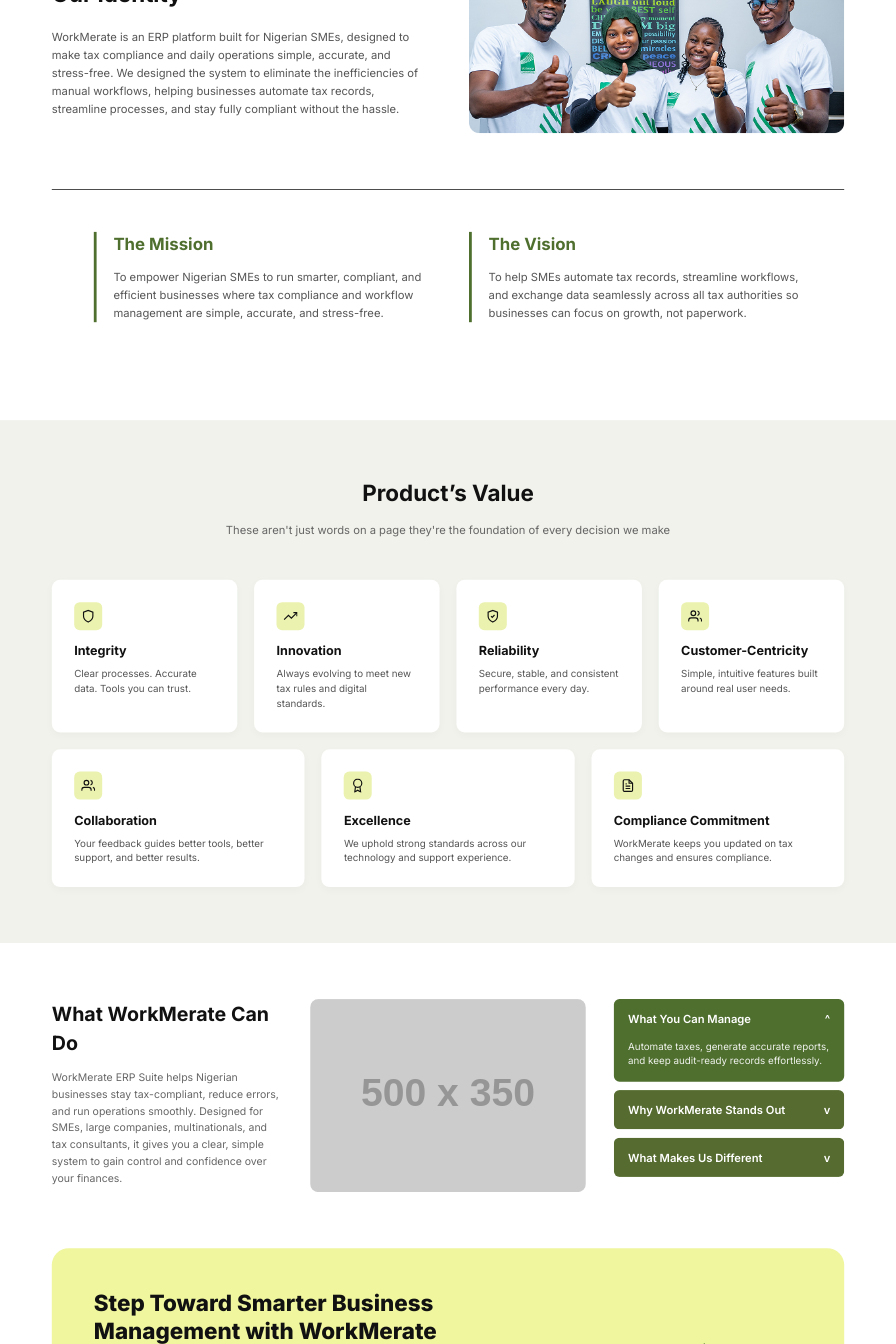
Repository: AYANO-EMMANUEL/workmerate
Page: about.html
An editor plug-in stored every save of this project. The page is shown before and after the next save, followed by the edit.
The browser window is 1280 px wide. The pictures show the part of the page from y = 706 to 2626 px (the page is 3442 px tall before and 3422 px after), at 70% of full size.

Above is the page before, as saved 2026-02-02 14:44:58.

### about.html
<!DOCTYPE html>
<html lang="en">
<head>
    <meta charset="UTF-8">
    <meta name="viewport" content="width=device-width, initial-scale=1.0">
    <title>About Us - WorkMerate</title>
    <link rel="stylesheet" href="about.css">
    <link rel="preconnect" href="https://fonts.googleapis.com">
    <link rel="preconnect" href="https://fonts.gstatic.com" crossorigin>
    <link href="https://fonts.googleapis.com/css2?family=Inter:wght@400;500;600;700;800&display=swap" rel="stylesheet">
</head>
<body>

    <nav class="navbar">
        <div class="container nav-wrapper">
            <a href="#" class="logo">W<span class="bag-icon"></span>rkMerate</a>
            <ul class="nav-menu">
                <li><a href="#" class="nav-link">Agentic AI</a></li>
                <li><a href="#" class="nav-link">Services <svg class="chevron" viewBox="0 0 24 24" fill="none" stroke="currentColor" stroke-width="2"><polyline points="6 9 12 15 18 9"></polyline></svg></a></li>
                <li><a href="#" class="nav-link">Modules <svg class="chevron" viewBox="0 0 24 24" fill="none" stroke="currentColor" stroke-width="2"><polyline points="6 9 12 15 18 9"></polyline></svg></a></li>
                <li><a href="#" class="nav-link">Pricing</a></li>
                <li><a href="#" class="nav-link">Resources <svg class="chevron" viewBox="0 0 24 24" fill="none" stroke="currentColor" stroke-width="2"><polyline points="6 9 12 15 18 9"></polyline></svg></a></li>
                <li><a href="#" class="nav-link active">About us</a></li>
            </ul>
            <div class="nav-actions">
                <a href="#" class="login-link">Login</a>
                <a href="#" class="btn-nav">Try it Free</a>
            </div>
            <div class="hamburger" id="hamburger"><span></span><span></span><span></span></div>
        </div>
        <div class="mobile-menu" id="mobileMenu">
             <a href="#">Services</a><a href="#">Modules</a><a href="#">About us</a>
        </div>
    </nav>

    <section class="about-hero">
        <div class="container">
            <div class="about-hero-content">
                <h1>About WorkMerate</h1>
                <p>Automating taxes, streamlining workflows, and keeping Nigerian SMEs fully compliant with the Nigeria Tax Act 2025.</p>
            </div>
        </div>
    </section>

    <section class="section-padding bg-white">
        <div class="container">

            <div class="identity-row">
                <div class="identity-text">
                    <h2>Our Identity</h2>
                    <p>WorkMerate is an ERP platform built for Nigerian SMEs, designed to make tax compliance and daily operations simple, accurate, and stress-free. We designed the system to eliminate the inefficiencies of manual workflows, helping businesses automate tax records, streamline processes, and stay fully compliant without the hassle.</p>
                </div>
                <div class="identity-image">
                    <img src="./assets/about-us-one.png" alt="WorkMerate Team">
                </div>
            </div>

            <div class="mv-grid">
                <div class="mv-card">
                    <h3>The Mission</h3>
                    <p>To empower Nigerian SMEs to run smarter, compliant, and efficient businesses where tax compliance and workflow management are simple, accurate, and stress-free.</p>
                </div>
                <div class="mv-card">
                    <h3>The Vision</h3>
                    <p>To help SMEs automate tax records, streamline workflows, and exchange data seamlessly across all tax authorities so businesses can focus on growth, not paperwork.</p>
                </div>
            </div>

        </div>
    </section>

    <section class="section-padding bg-cream">
        <div class="container">
            <div class="section-header">
                <h2>Product’s Value</h2>
                <p>These aren't just words on a page they're the foundation of every decision we make</p>
            </div>

            <div class="values-flex-grid">
                <div class="value-card">
                    <div class="icon-box-yellow"><svg viewBox="0 0 24 24" fill="none" stroke="currentColor" stroke-width="2"><path d="M12 22s8-4 8-10V5l-8-3-8 3v7c0 6 8 10 8 10z"></path></svg></div>
                    <h3>Integrity</h3>
                    <p>Clear processes. Accurate data. Tools you can trust.</p>
                </div>
                <div class="value-card">
                    <div class="icon-box-yellow"><svg viewBox="0 0 24 24" fill="none" stroke="currentColor" stroke-width="2"><polyline points="23 6 13.5 15.5 8.5 10.5 1 18"></polyline><polyline points="17 6 23 6 23 12"></polyline></svg></div>
                    <h3>Innovation</h3>
                    <p>Always evolving to meet new tax rules and digital standards.</p>
                </div>
                <div class="value-card">
                    <div class="icon-box-yellow"><svg viewBox="0 0 24 24" fill="none" stroke="currentColor" stroke-width="2"><path d="M12 22s8-4 8-10V5l-8-3-8 3v7c0 6 8 10 8 10z"></path><path d="M9 12l2 2 4-4"></path></svg></div>
                    <h3>Reliability</h3>
                    <p>Secure, stable, and consistent performance every day.</p>
                </div>
                <div class="value-card">
                    <div class="icon-box-yellow"><svg viewBox="0 0 24 24" fill="none" stroke="currentColor" stroke-width="2"><path d="M17 21v-2a4 4 0 0 0-4-4H5a4 4 0 0 0-4 4v2"></path><circle cx="9" cy="7" r="4"></circle><path d="M23 21v-2a4 4 0 0 0-3-3.87"></path><path d="M16 3.13a4 4 0 0 1 0 7.75"></path></svg></div>
                    <h3>Customer-Centricity</h3>
                    <p>Simple, intuitive features built around real user needs.</p>
                </div>
                <div class="value-card">
                    <div class="icon-box-yellow"><svg viewBox="0 0 24 24" fill="none" stroke="currentColor" stroke-width="2"><path d="M17 21v-2a4 4 0 0 0-4-4H5a4 4 0 0 0-4 4v2"></path><circle cx="9" cy="7" r="4"></circle><path d="M23 21v-2a4 4 0 0 0-3-3.87"></path><path d="M16 3.13a4 4 0 0 1 0 7.75"></path></svg></div>
                    <h3>Collaboration</h3>
                    <p>Your feedback guides better tools, better support, and better results.</p>
                </div>
                <div class="value-card">
                    <div class="icon-box-yellow"><svg viewBox="0 0 24 24" fill="none" stroke="currentColor" stroke-width="2"><circle cx="12" cy="8" r="7"></circle><polyline points="8.21 13.89 7 23 12 20 17 23 15.79 13.88"></polyline></svg></div>
                    <h3>Excellence</h3>
                    <p>We uphold strong standards across our technology and support experience.</p>
                </div>
                <div class="value-card">
                    <div class="icon-box-yellow"><svg viewBox="0 0 24 24" fill="none" stroke="currentColor" stroke-width="2"><path d="M14 2H6a2 2 0 0 0-2 2v16a2 2 0 0 0 2 2h12a2 2 0 0 0 2-2V8z"></path><polyline points="14 2 14 8 20 8"></polyline><line x1="16" y1="13" x2="8" y2="13"></line><line x1="16" y1="17" x2="8" y2="17"></line><polyline points="10 9 9 9 8 9"></polyline></svg></div>
                    <h3>Compliance Commitment</h3>
                    <p>WorkMerate keeps you updated on tax changes and ensures compliance.</p>
                </div>
            </div>
        </div>
    </section>

    <section class="section-padding bg-white">
        <div class="container">
            <div class="features-layout">
                <div class="feat-text">
                    <h2>What WorkMerate Can Do</h2>
                    <p>WorkMerate ERP Suite helps Nigerian businesses stay tax-compliant, reduce errors, and run operations smoothly. Designed for SMEs, large companies, multinationals, and tax consultants, it gives you a clear, simple system to gain control and confidence over your finances.</p>
                </div>
                <div class="feat-image">
                    <img src="https://placehold.co/500x350/eeeeee/999999?text=Presentation" alt="Presentation">
                </div>
                <div class="feat-accordion">
                    <div class="acc-item expanded">
                        <div class="acc-header">
                            <span>What You Can Manage</span>
                            <span class="acc-icon">^</span>
                        </div>
                        <div class="acc-body">
                            Automate taxes, generate accurate reports, and keep audit-ready records effortlessly.
                        </div>
                    </div>
                    <div class="acc-item">
                        <div class="acc-header">
                            <span>Why WorkMerate Stands Out</span>
                            <span class="acc-icon">v</span>
                        </div>
                    </div>
                    <div class="acc-item">
                        <div class="acc-header">
                            <span>What Makes Us Different</span>
                            <span class="acc-icon">v</span>
                        </div>
                    </div>
                </div>
            </div>

            <div class="big-cta-box">
                <div class="cta-left">
                    <h2>Step Toward Smarter Business Management with WorkMerate</h2>
                    <p>Transform your business now to streamline your workflow and avoid penalties. WorkMerate enables Nigerian businesses to effortlessly meet modern demands.</p>
                    <div class="cta-btns">
                        <a href="#" class="btn-dark">Request a Demo</a>
                        <a href="#" class="btn-outline-dark">Speak With Our Team</a>
                    </div>
                </div>
                <div class="cta-right">
                    <svg viewBox="0 0 24 24" fill="currentColor" class="big-arrow"><path d="M12 2L15.09 8.26L22 9.27L17 14.14L18.18 21.02L12 17.77L5.82 21.02L7 14.14L2 9.27L8.91 8.26L12 2Z"></path></svg>
                    <div class="arrow-graphic"></div>
                </div>
            </div>

        </div>
    </section>

    <footer class="footer-section">
        <div class="container">
            <div class="footer-top">
                <div class="footer-brand">
                    <a href="#" class="logo">W<span class="bag-icon"></span>rkMerate</a>
                    <p class="tagline">Smart. Secure. Simplified.</p>
                    <div class="contact-details">
                        <p><strong>USA Customer Support:</strong><br>(+1) 256 441 3090</p>
                        <p><strong>NGA Customer Support:</strong><br>(+234) 907 713 7167</p>
                        <p><strong>Email:</strong><br>support@workmerate.ng.com</p>
                    </div>
                    <div class="social-icons">
                         <span>f</span><span>x</span><span>in</span><span>ig</span><span>tk</span>
                    </div>
                </div>
                <div class="footer-links-grid">
                    <div><h4>Services</h4><ul><li><a href="#">Tax Automation</a></li><li><a href="#">ERP Integration</a></li></ul></div>
                    <div><h4>Modules</h4><ul><li><a href="#">Human Resources</a></li><li><a href="#">Financial Management</a></li></ul></div>
                    <div><h4>Resources</h4><ul><li><a href="#">Compliance Loss</a></li><li><a href="#">State IRS</a></li></ul></div>
                    <div><h4>Other Links</h4><ul><li><a href="#">About Us</a></li><li><a href="#">Pricing</a></li></ul></div>
                </div>
            </div>
            <hr>
            <div class="footer-newsletter">
                <div class="nl-text"><h3>Subscribe to our newsletter</h3><p>Stay informed with the latest news.</p></div>
                <div class="nl-form"><input type="email" placeholder="Enter your email"><button class="btn-dark">Subscribe</button></div>
            </div>
            <hr>
            <div class="footer-bottom">
                <p>&copy; 2025 WorkMerate - All rights reserved</p>
                <div class="badges"><span style="color:#4F6F2F; font-weight:bold;">NiTDA</span></div>
            </div>
        </div>
    </footer>

    <script>
        document.getElementById('hamburger').addEventListener('click', function() {
            document.getElementById('mobileMenu').classList.toggle('open');
        });
    </script>
</body>
</html>

### about.css
/* --- Reset & Variables --- */
:root {
  --font-family: "Inter", sans-serif;
  --color-text-main: #111;
  --color-text-light: #555;
  --color-dark-green: #4f6f2f;
  --color-darker-green: #384e20;
  --color-cream-bg: #f0f2eb;
  --color-yellow-bg: #eff69e;
  --color-yellow-icon: #ebf2af;
}

* {
  margin: 0;
  padding: 0;
  box-sizing: border-box;
}
body {
  font-family: var(--font-family);
  color: var(--color-text-main);
  background: #fff;
  line-height: 1.5;
  overflow-x: hidden;
}
a {
  text-decoration: none;
  color: inherit;
}
ul {
  list-style: none;
}
img {
  max-width: 100%;
  display: block;
}

/* Utilities */
.container {
  max-width: 1240px;
  margin: 0 50px;
  padding: 0 24px;
}

.section-padding {
  padding: 80px 0;
}
.bg-cream {
  background-color: var(--color-cream-bg);
}
.bg-white {
  background-color: #fff;
}

/* --- Navigation --- */
.navbar {
  height: 72px;
  display: flex;
  align-items: center;
  border-bottom: 1px solid #eee;
  background: #fff;
  position: relative;
  z-index: 100;
}
.nav-wrapper {
  width: 100%;
  display: flex;
  justify-content: space-between;
  align-items: center;
}
.logo {
  font-size: 24px;
  font-weight: 800;
  display: flex;
  align-items: center;
}
.bag-icon {
  width: 16px;
  height: 12px;
  background: #000;
  border-radius: 2px;
  display: inline-block;
  position: relative;
  margin: 0 1px;
}
.bag-icon::after {
  content: "";
  position: absolute;
  top: 4px;
  left: 6px;
  width: 4px;
  height: 4px;
  background: var(--color-dark-green);
  border-radius: 50%;
}
.nav-menu {
  display: flex;
  gap: 32px;
}
.nav-link {
  font-size: 14px;
  font-weight: 500;
  display: flex;
  align-items: center;
  gap: 4px;
}
.nav-link.active {
  font-weight: 700;
  color: #000;
}
.nav-actions {
  display: flex;
  gap: 20px;
  align-items: center;
}
.login-link {
  font-weight: 600;
  font-size: 14px;
}
.btn-nav {
  background: var(--color-dark-green);
  color: #fff;
  padding: 10px 20px;
  border-radius: 4px;
  font-weight: 600;
  font-size: 14px;
}
.hamburger {
  display: none;
  flex-direction: column;
  gap: 5px;
  cursor: pointer;
}
.hamburger span {
  width: 24px;
  height: 3px;
  background: #000;
}
.mobile-menu {
  display: none;
  position: absolute;
  top: 72px;
  left: 0;
  width: 100%;
  background: #fff;
  padding: 20px;
  border-bottom: 1px solid #eee;
}
.mobile-menu.open {
  display: flex;
  flex-direction: column;
  gap: 10px;
}

/* --- 1. About Hero --- */
.about-hero {
  /* Using a gradient overlay on a placeholder image background */
  background: url("./assets/about-us-hero.png") no-repeat center center/cover;
  background-size: cover;
  background-position: center;
  color: #fff;
  padding: 120px 0;
  text-align: left;
  display: flex;
  align-items: end;
  justify-content: start;
  min-height: 500px;
}
.about-hero-content {
  max-width: 800px;
}
.about-hero h1 {
  font-size: 48px;
  font-weight: 800;
  margin-bottom: 24px;
}
.about-hero p {
  font-size: 20px;
  line-height: 1.5;
  opacity: 0.95;
}

/* --- 2. Identity --- */
.identity-row {
  display: grid;
  grid-template-columns: 1fr 1fr;
  gap: 60px;
  align-items: center;
  margin-bottom: 80px;
}
.identity-text h2 {
  font-size: 32px;
  font-weight: 700;
  margin-bottom: 24px;
}
.identity-text p {
  color: #555;
  font-size: 16px;
  line-height: 1.6;
}
.identity-image img {
  width: 100%;
  border-radius: 12px;
}

.mv-grid {
  display: grid;
  grid-template-columns: 1fr 1fr;
  gap: 60px;
  border-top: 0.4px solid #000;
  padding: 60px;
}
.mv-card {
  border-left: 4px solid var(--color-dark-green);
  padding-left: 24px;
}
.mv-card h3 {
  color: var(--color-dark-green);
  font-size: 24px;
  font-weight: 700;
  margin-bottom: 16px;
}
.mv-card p {
  color: #555;
  line-height: 1.6;
}

/* --- 3. Product's Value --- */
.section-header {
  text-align: center;
  max-width: 700px;
  margin: 0 auto 60px;
}
.section-header h2 {
  font-size: 32px;
  font-weight: 700;
  margin-bottom: 16px;
}
.section-header p {
  color: #666;
}

.values-flex-grid {
  display: flex;
  flex-wrap: wrap;
  gap: 24px;
  justify-content: center;
}
.value-card {
  background: #fff;
  border-radius: 12px;
  padding: 32px;
  width: calc(25% - 18px); /* 4 per row approximately */
  min-width: 250px;
  box-shadow: 0 4px 12px rgba(0, 0, 0, 0.03);
  flex-grow: 1;
}
.icon-box-yellow {
  width: 40px;
  height: 40px;
  background: var(--color-yellow-icon);
  border-radius: 8px;
  display: flex;
  align-items: center;
  justify-content: center;
  color: #111;
  margin-bottom: 16px;
}
.icon-box-yellow svg {
  width: 20px;
  height: 20px;
}
.value-card h3 {
  font-size: 18px;
  font-weight: 700;
  margin-bottom: 8px;
}
.value-card p {
  font-size: 14px;
  color: #555;
}

/* --- 4. What WorkMerate Can Do --- */
.features-layout {
  display: grid;
  grid-template-columns: 1fr 1.2fr 1fr;
  gap: 40px;
  margin-bottom: 80px;
  align-items: start;
}
.feat-text h2 {
  font-size: 28px;
  font-weight: 700;
  margin-bottom: 16px;
}
.feat-text p {
  color: #666;
  font-size: 15px;
  line-height: 1.6;
}
.feat-image img {
  width: 100%;
  border-radius: 12px;
}

.feat-accordion {
  display: flex;
  flex-direction: column;
  gap: 12px;
}
.acc-item {
  border-radius: 8px;
  overflow: hidden;
  background: var(--color-dark-green);
  color: #fff;
}
.acc-header {
  padding: 16px 20px;
  font-weight: 600;
  display: flex;
  justify-content: space-between;
  align-items: center;
  cursor: pointer;
}
.acc-body {
  padding: 0 20px 20px;
  font-size: 14px;
  opacity: 0.9;
  line-height: 1.5;
}
.acc-item:not(.expanded) .acc-body {
  display: none;
}
.acc-item:not(.expanded) .acc-header {
  background: #556b2f;
} /* Slightly darker/lighter for inactive */

/* Big CTA Box */
.big-cta-box {
  background: var(--color-yellow-bg);
  border-radius: 24px;
  padding: 60px;
  display: flex;
  gap: 40px;
  align-items: center;
  justify-content: space-between;
  position: relative;
  overflow: hidden;
}
.cta-left {
  max-width: 600px;
  position: relative;
  z-index: 2;
}
.cta-left h2 {
  font-size: 32px;
  font-weight: 800;
  margin-bottom: 16px;
  line-height: 1.2;
}
.cta-left p {
  margin-bottom: 32px;
  font-size: 16px;
  color: #333;
}
.cta-btns {
  display: flex;
  gap: 16px;
}
.btn-dark {
  background: var(--color-dark-green);
  color: #fff;
  padding: 14px 28px;
  border-radius: 6px;
  font-weight: 600;
  font-size: 15px;
  border: none;
  cursor: pointer;
}
.btn-outline-dark {
  border: 1px solid #333;
  color: #333;
  padding: 14px 28px;
  border-radius: 6px;
  font-weight: 600;
  font-size: 15px;
}

/* Abstract Arrow Graphic */
.cta-right {
  width: 200px;
  height: 200px;
  display: flex;
  align-items: center;
  justify-content: center;
}
.arrow-graphic {
  /* Simulating the arrow abstractly */
  width: 0;
  height: 0;
  border-top: 50px solid transparent;
  border-bottom: 50px solid transparent;
  border-left: 80px solid var(--color-dark-green);
  transform: rotate(-45deg);
}
.big-arrow {
  width: 150px;
  height: 150px;
  color: var(--color-dark-green);
}

/* --- Footer --- */
.footer-section {
  background: var(--color-cream-bg);
  padding: 80px 0 30px;
  font-size: 14px;
  color: #333;
}
.footer-top {
  display: flex;
  justify-content: space-between;
  flex-wrap: wrap;
  gap: 40px;
  margin-bottom: 40px;
}
.footer-links-grid {
  display: flex;
  gap: 60px;
}
.footer-links-grid h4 {
  font-weight: 700;
  margin-bottom: 12px;
}
.footer-links-grid a {
  color: #555;
  display: block;
  margin-bottom: 8px;
}
.footer-newsletter {
  display: flex;
  justify-content: space-between;
  align-items: center;
  padding: 30px 0;
  border-top: 1px solid #ccc;
  border-bottom: 1px solid #ccc;
  margin-bottom: 20px;
}
.nl-form input {
  padding: 10px;
  border: 1px solid #ccc;
  border-radius: 4px;
  width: 250px;
  margin-right: 10px;
}
.footer-bottom {
  display: flex;
  justify-content: space-between;
  align-items: center;
  font-size: 12px;
  color: #777;
}

/* Responsive */
@media (max-width: 992px) {
  .nav-menu,
  .nav-actions {
    display: none;
  }
  .hamburger {
    display: flex;
  }
  .identity-row {
    grid-template-columns: 1fr;
    gap: 30px;
  }
  .mv-grid {
    grid-template-columns: 1fr;
    gap: 40px;
  }
  .features-layout {
    grid-template-columns: 1fr;
  }
  .big-cta-box {
    flex-direction: column;
    padding: 40px;
  }
  .cta-right {
    display: none;
  }
  .value-card {
    width: calc(50% - 12px);
  }
}
@media (max-width: 600px) {
  .about-hero h1 {
    font-size: 36px;
  }
  .value-card {
    width: 100%;
  }
  .cta-btns {
    flex-direction: column;
  }
  .footer-newsletter {
    flex-direction: column;
    align-items: flex-start;
    gap: 15px;
  }
  .nl-form {
    width: 100%;
  }
  .nl-form input {
    width: 100%;
    margin-bottom: 10px;
  }
  .footer-links-grid {
    flex-wrap: wrap;
    gap: 30px;
  }
}

After the next save:
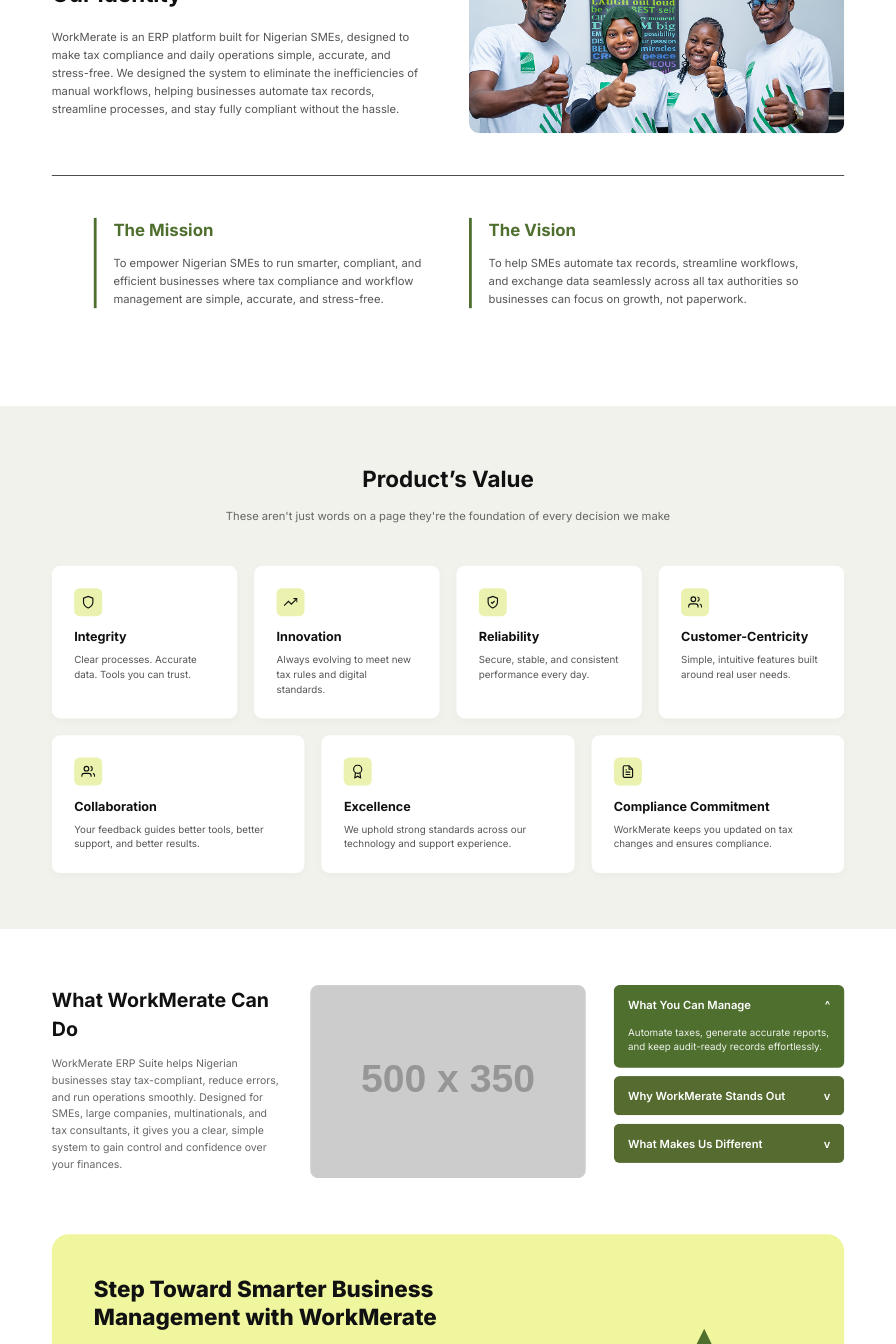
Saved 18 s later.
--- a/about.css
+++ b/about.css
@@ -185,7 +185,7 @@
   grid-template-columns: 1fr 1fr;
   gap: 60px;
   align-items: center;
-  margin-bottom: 80px;
+  margin-bottom: 60px;
 }
 .identity-text h2 {
   font-size: 32px;
